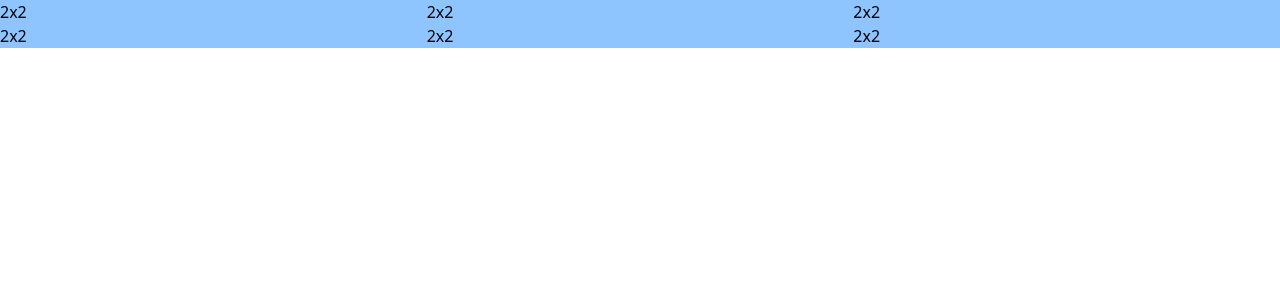
Repository: Abdulahi338/TailwindCss-exercise
Page: Exercise3/index.html
An editor plug-in stored every save of this project. The page is shown before and after a run of saves, followed by the edit.
The browser window is 1280 px wide. The pictures show the whole page.

Above is the page before, as saved 2025-07-27 18:02:25.

### Exercise3/index.html
<!DOCTYPE html>
<html lang="en">
<head>
    <meta charset="UTF-8">
    <meta name="viewport" content="width=device-width, initial-scale=1.0">
        <script src="https://cdn.jsdelivr.net/npm/@tailwindcss/browser@4"></script>

    <title>Exercise 2</title>
</head>
<body>

    <div class="grid grid-cols-3 grid-rwos-3">
        <div class="bg-blue-300">2x2</div>
        <div class="bg-blue-300">2x2</div>
        <div class="bg-blue-300">2x2</div>
        <div class="bg-blue-300">2x2</div>
        <div class="bg-blue-300">2x2</div>
        <div class="bg-blue-300">2x2</div>
    </div>


</body>
</html>

After the next 2 saves:
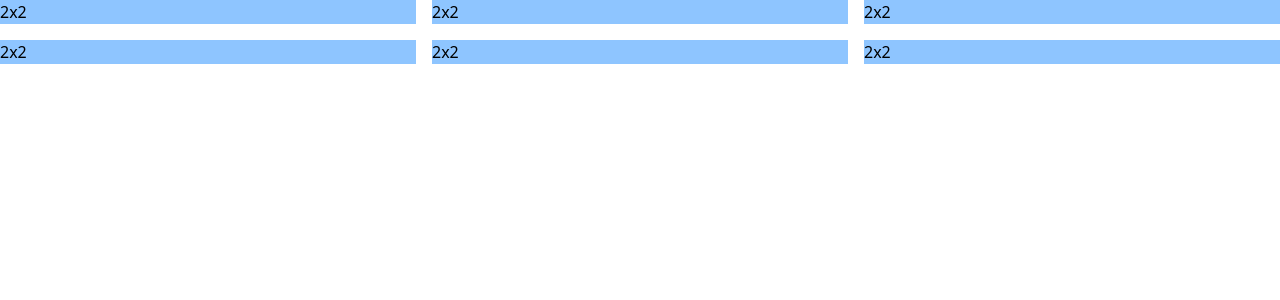
The 2 saves are shown as one change because they came seconds apart.
The last was saved 9 s later.
--- a/Exercise3/index.html
+++ b/Exercise3/index.html
@@ -9,7 +9,7 @@
 </head>
 <body>
 
-    <div class="grid grid-cols-3 grid-rwos-3">
+    <div class="grid grid-cols-3 grid-rwos-3 gap-4">
         <div class="bg-blue-300">2x2</div>
         <div class="bg-blue-300">2x2</div>
         <div class="bg-blue-300">2x2</div>
